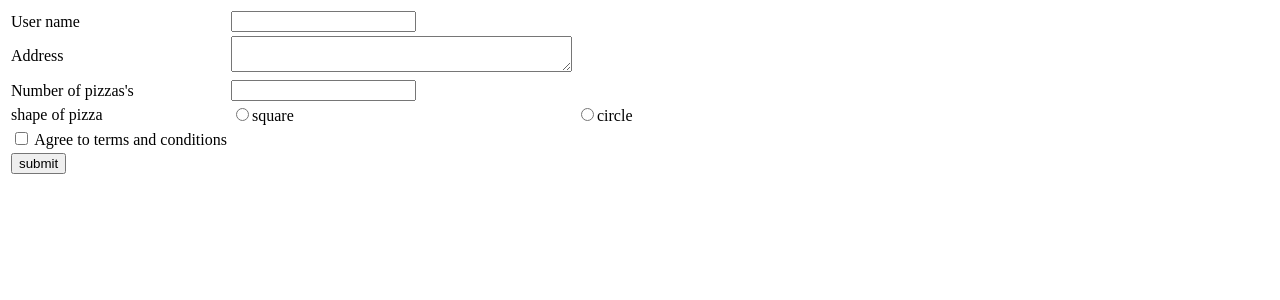
Repository: PoojaShirwaikar/BlockhainTest
Page: javascript/jQueryAssignment2/WebContent/ques11.html
The author's editor kept a copy of each file at every save. The page is drawn from the files as they stood at one save, then again after the next save.
The browser window is 1280 px wide. The pictures show the whole page.
Some web libraries are served in a nearby version.

Above is the page before, as saved 2017-11-14 13:22:01.

After the next save:
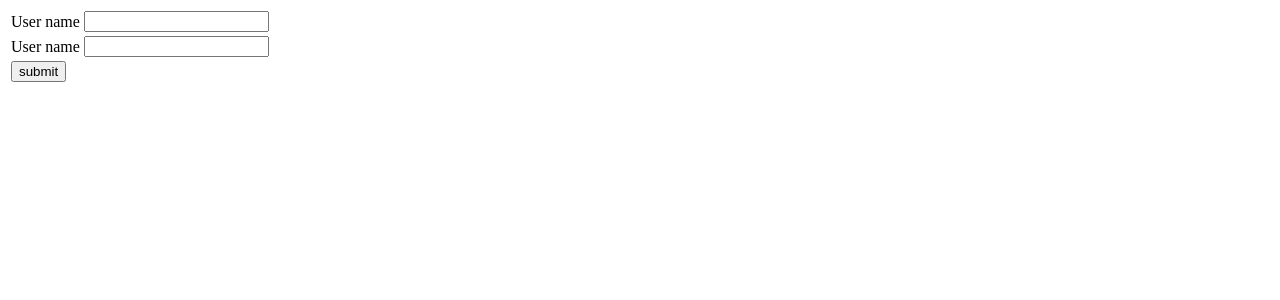
Saved 20 s later.
--- a/javascript/jQueryAssignment2/WebContent/ques11.html
+++ b/javascript/jQueryAssignment2/WebContent/ques11.html
@@ -17,27 +17,11 @@
 			<tbody>
 				<tr>
 					<td>User name</td>
-					<td><input id="FirstName" type="text" />
+					<td><input id="Name" type="text" />
 				</tr>
 				<tr>
-					<td>Address</td>
-					<td><textarea id="address" cols="40" name="address"></textarea></td>
-				</tr>
-				<tr>
-					<td>Number of pizzas's</td>
-					<td><input id="numberofpizza" type="number" min=0 />
-				</tr>
-				<tr>
-					<td>shape of pizza</td>
-					<td><input id="square" type="radio" name="shape"
-						value="square" />square</td>
-					<td><input id="circle" type="radio" name="shape"
-						value="circle" />circle</td>
-
-				</tr>
-				<tr>
-					<td><input id="checkbox1" type="checkbox" value="yes" /> <label
-						for="checkbox1">Agree to terms and conditions</lable></td>
+					<td>User name</td>
+					<td><input id="Name" type="text" />
 				</tr>
 				<tr>
 					<td><input id="submit1" type="submit" value="submit" /></td>
